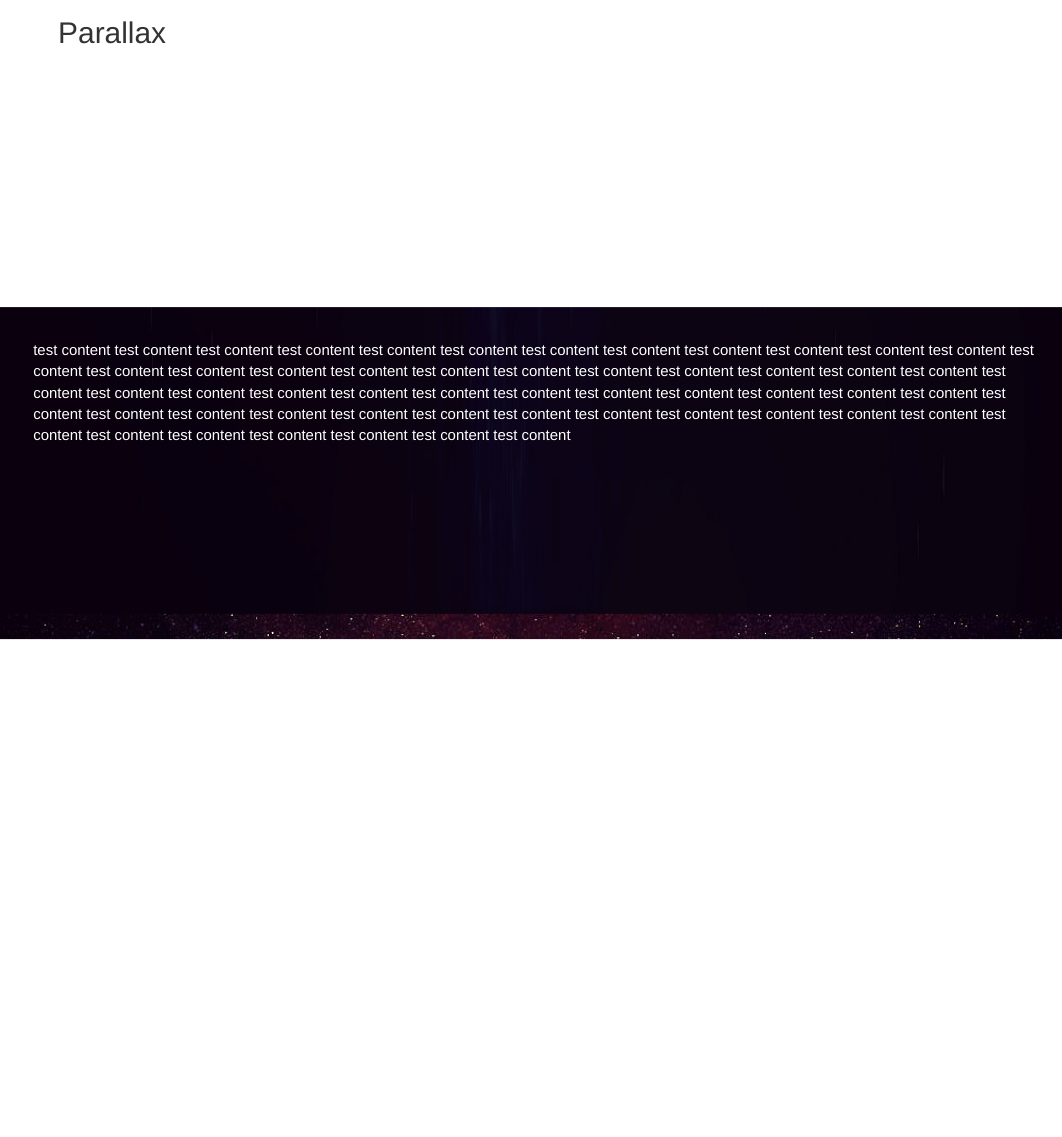
Repository: heshanera/HTML-CSS-JAVASCRITP
Page: parallax/parallax.html
The author's editor kept a record of every edit. The page is drawn from the files as they stood at one moment, then again after the next edit.
The browser window is 1280 px wide. The pictures show the whole page, at 83% of full size.
Some web libraries are served in a nearby version.

Above is the page before.

After the next edit:
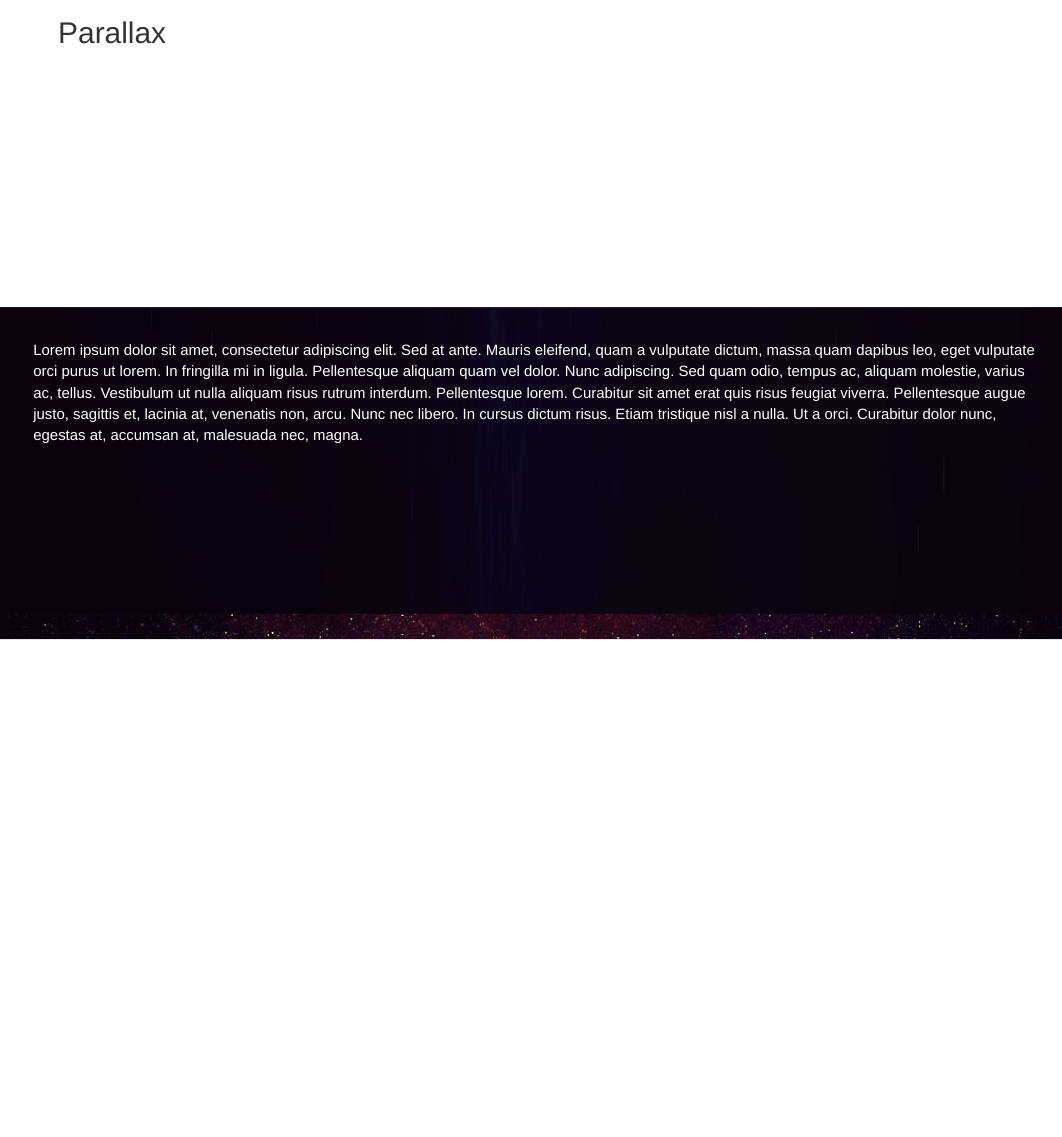
The edit:
--- a/parallax/parallax.html
+++ b/parallax/parallax.html
@@ -25,17 +25,7 @@
     <div class = "parallax-container">
       <div class="parallax-img-box" id="parallax1" style="background-image:url('de_imgs/parallax1.jpg')">
           <div class="parallax-content-box" >
-             test content test content test content test content test content
-             test content test content test content test content test content
-             test content test content test content test content test content
-             test content test content test content test content test content
-             test content test content test content test content test content
-             test content test content test content test content test content
-             test content test content test content test content test content
-             test content test content test content test content test content
-             test content test content test content test content test content
-             test content test content test content test content test content
-             test content test content test content test content test content
+            Lorem ipsum dolor sit amet, consectetur adipiscing elit. Sed at ante. Mauris eleifend, quam a vulputate dictum, massa quam dapibus leo, eget vulputate orci purus ut lorem. In fringilla mi in ligula. Pellentesque aliquam quam vel dolor. Nunc adipiscing. Sed quam odio, tempus ac, aliquam molestie, varius ac, tellus. Vestibulum ut nulla aliquam risus rutrum interdum. Pellentesque lorem. Curabitur sit amet erat quis risus feugiat viverra. Pellentesque augue justo, sagittis et, lacinia at, venenatis non, arcu. Nunc nec libero. In cursus dictum risus. Etiam tristique nisl a nulla. Ut a orci. Curabitur dolor nunc, egestas at, accumsan at, malesuada nec, magna.
           </div>
       </div>
     </div>
